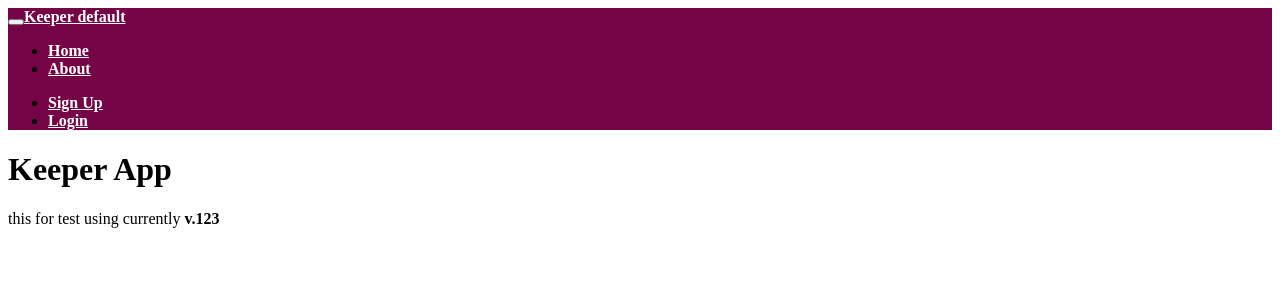
Repository: 3bdulrahman/contact-keeper
Page: / (app in client/)
These files come from the project's save history. The page is drawn as it stood at one moment and after the next save; the edit follows.
The browser window is 1280 px wide. The pictures show the whole page.
The project was rebuilt for these pictures with package versions that can differ from the ones it lists, and the page was loaded fresh each time. A package was used in the major version that the imports need, not the one package.json lists.

Above is the page before, as saved 2020-03-29 21:29:33.

After the next save:
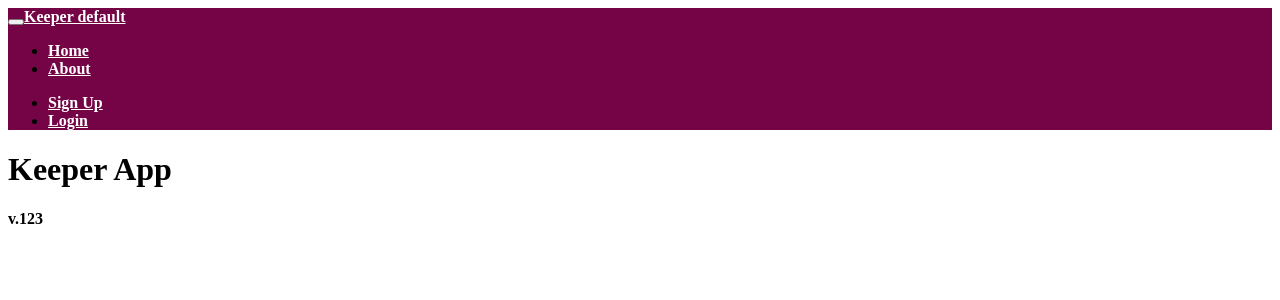
Saved 11 min 20 s later.
--- a/client/src/App.js
+++ b/client/src/App.js
@@ -9,7 +9,10 @@ const  App = ()=> {
          <Navbar   />
          <div className='container'>
             <h1>Keeper App</h1>
-            <p className="text-danger">this for test using currently <strong>v.123</strong></p>
+            <p className="text-danger">
+
+
+             <strong>v.123</strong></p>
          </div>
 
     </div>
